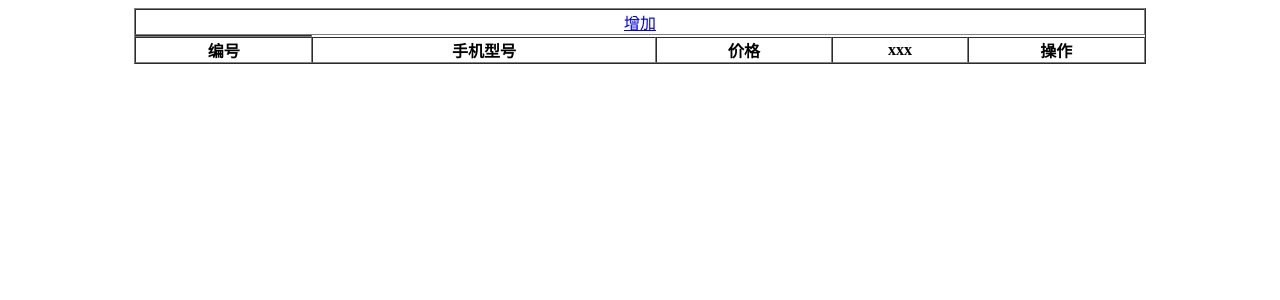
Repository: qyl1006/JavaCode
Page: http://localhost/task02/product
The author's editor kept a copy of each file at every save. The page is drawn from the files as they stood at one save, then again after the next save.
The browser window is 1280 px wide. The pictures show the whole page.
The page is served by Tomcat 9. Other server files are loaded and not shown. Queries for data that is not in the repository find no rows.

Above is the page before, as saved 2018-03-15 04:38:59.

### workspace/task02/webapp/WEB-INF/views/product/list.jsp
<%@ page language="java" contentType="text/html; charset=UTF-8"
    pageEncoding="UTF-8"%>
<!DOCTYPE html PUBLIC "-//W3C//DTD HTML 4.01 Transitional//EN" "http://www.w3.org/TR/html4/loose.dtd">

<%@ taglib prefix="c" uri="http://java.sun.com/jsp/jstl/core"%>
<html>
<head>
<meta http-equiv="Content-Type" content="text/html; charset=UTF-8">
<title>Insert title here</title>
</head>
<body>
<form action="/product" method="post" id="f1">
	<table align="center" border="1" width="80%" cellpadding="0" cellspacing="0">
		<tr align="center">
			<td colspan="5">
				<a href="/product?cmd=edit">增加</a>
			</td>
		</tr>
		<tr>
			<td>

			</td>
		</tr>
		<tr align="center">
			<th>编号</th>
			<th>手机型号</th>
			<th>价格</th>
			<th>xxx</th>
			<th>操作</th>
		</tr>
	<c:forEach items="${result.data}" var="p" varStatus="vs">
		<tr align="center" style="background-color: ${vs.count % 2 == 0 ? '' : 'red'}">
			<td>${p.id}</td>
			<td>${p.name}</td>
			<td>${p.price}</td>
			<td>${p.info}</td>
			<td>
				<a href="/product?cmd=edit&id=${p.id}">编辑</a>
				<a href="/product?cmd=delete&id=${p.id}">删除</a>
			</td>
		</tr>
	</c:forEach>
	</table>
</form>
</body>
</html>

### workspace/task02/src/cn/wolfcode/shop/web/servlet/ProductServlet.java
package cn.wolfcode.shop.web.servlet;

import java.io.IOException;
import java.math.BigDecimal;

import javax.servlet.ServletException;
import javax.servlet.annotation.WebServlet;
import javax.servlet.http.HttpServlet;
import javax.servlet.http.HttpServletRequest;
import javax.servlet.http.HttpServletResponse;

import cn.wolfcode.shop.domain.Product;
import cn.wolfcode.shop.query.PageResult;
import cn.wolfcode.shop.query.ProductQueryObject;
import cn.wolfcode.shop.service.IProduService;
import cn.wolfcode.shop.service.impl.ProduServiceImpl;
import cn.wolfcode.shop.util.StringUtil;

@WebServlet("/product")
public class ProductServlet extends HttpServlet {
	private static final long serialVersionUID = 1L;
	private IProduService service = new ProduServiceImpl();

	public void init() throws ServletException {
		System.out.println(123);
	}

	protected void service(HttpServletRequest req, HttpServletResponse resp)
			throws ServletException, IOException {
		req.setCharacterEncoding("utf-8");
		String cmd = req.getParameter("cmd");
		if("saveOrUpdate".equals(cmd)){
			saveOrUpdate(req, resp);
		}else if("delete".equals(cmd)){
			delete(req, resp);
		}else if("edit".equals(cmd)){
			edit(req, resp);
		}else{
			list(req, resp);
		}

	}
	private void list(HttpServletRequest req, HttpServletResponse resp)
			throws ServletException, IOException {
		ProductQueryObject qo = creatQo(req);
		PageResult result = service.query(qo);

		req.setAttribute("qo", qo);
		req.setAttribute("result", result);

		req.getRequestDispatcher("/WEB-INF/views/product/list.jsp").forward(req, resp);

	}
	private ProductQueryObject creatQo(HttpServletRequest req) {
		ProductQueryObject qo = new ProductQueryObject();

		String currentPage = req.getParameter("currentPage");
		String pageSize = req.getParameter("pageSize");
		String keyWord = req.getParameter("keyWord");
		String minPrice = req.getParameter("minPrice");
		String maxPrice = req.getParameter("maxPrice");

		if(StringUtil.hasLength(currentPage)){
			qo.setCurrentPage(Integer.valueOf(currentPage.trim()));
		}
		if(StringUtil.hasLength(pageSize)){
			qo.setPageSize(Integer.valueOf(pageSize.trim()));
		}

		if(StringUtil.hasLength(keyWord)){
			qo.setKeyWord(keyWord.trim());
		}

		if(StringUtil.hasLength(minPrice)){
			qo.setMinPrice(new BigDecimal(minPrice.trim()));
		}

		if(StringUtil.hasLength(maxPrice)){
			qo.setMaxPrice(new BigDecimal(maxPrice.trim()));
		}

		return qo;
	}

	private void delete(HttpServletRequest req, HttpServletResponse resp)
			throws ServletException, IOException {
		String id = req.getParameter("id");
		if(StringUtil.hasLength(id)){
			service.delete(Long.valueOf(id.trim()));
		}

		resp.sendRedirect("/product");

	}
	private void edit(HttpServletRequest req, HttpServletResponse resp)
			throws ServletException, IOException {
		String id = req.getParameter("id");
		if(StringUtil.hasLength(id)){
			Product product = service.get(Long.valueOf(id.trim()));
			req.setAttribute("p", product);
		}

		req.getRequestDispatcher("/WEB-INF/views/product/edit.jsp").forward(req, resp);
	}
	private void saveOrUpdate(HttpServletRequest req, HttpServletResponse resp)
			throws ServletException, IOException {

		String id = req.getParameter("id");
		String name = req.getParameter("name");
		String price = req.getParameter("price");
		String info = req.getParameter("info");

		Product p = new Product();
		if(StringUtil.hasLength(name)){
			p.setName(name.trim());
		}
		if(StringUtil.hasLength(price)){
			p.setPrice(new BigDecimal(price.trim()));
		}
		if(StringUtil.hasLength(info)){
			p.setInfo(info.trim());
		}

		if(StringUtil.hasLength(id)){
			p.setId(Long.valueOf(id.trim()));
			service.update(p);
		}else{
			service.save(p);
		}

		resp.sendRedirect("/product");
	}
}

### workspace/task02/src/cn/wolfcode/shop/service/impl/ProduServiceImpl.java
package cn.wolfcode.shop.service.impl;

import java.util.List;

import cn.wolfcode.shop.dao.IProductDAO;
import cn.wolfcode.shop.dao.impl.ProduDAOImpl;
import cn.wolfcode.shop.domain.Product;
import cn.wolfcode.shop.query.PageResult;
import cn.wolfcode.shop.query.ProductQueryObject;
import cn.wolfcode.shop.service.IProduService;

public class ProduServiceImpl implements IProduService {

	private IProductDAO dao = new ProduDAOImpl();

	public void save(Product p) {
		dao.save(p);
	}

	public void update(Product p) {
		dao.update(p);
	}

	public void delete(Long id) {
		dao.delete(id);
	}

	public Product get(Long id) {
		return dao.get(id);
	}

	public PageResult query(ProductQueryObject qo) {
		Long count = dao.queryCount(qo);
		if(count == 0L){
			return PageResult.EMPYT_PAGE;
		}
		List<Product> data = dao.query(qo);
		return new PageResult(qo.getCurrentPage(), qo.getPageSize(), count, data);
	}

}

### workspace/task02/src/cn/wolfcode/shop/dao/IProductDAO.java
package cn.wolfcode.shop.dao;

import java.util.List;

import cn.wolfcode.shop.domain.Product;
import cn.wolfcode.shop.query.ProductQueryObject;

public interface IProductDAO {
	void save(Product p);
	void update(Product p);
	void delete(Long id);
	Product get(Long id);

	Long queryCount(ProductQueryObject qo);
	List<Product> query(ProductQueryObject qo);
}

### workspace/task02/src/cn/wolfcode/shop/dao/impl/ProduDAOImpl.java
package cn.wolfcode.shop.dao.impl;

import java.util.List;

import org.apache.ibatis.session.SqlSession;

import cn.wolfcode.shop.dao.IProductDAO;
import cn.wolfcode.shop.domain.Product;
import cn.wolfcode.shop.query.ProductQueryObject;
import cn.wolfcode.shop.util.MyBatisUtil;
import lombok.Cleanup;

public class ProduDAOImpl implements IProductDAO {

	public void save(Product p) {
		@Cleanup
		SqlSession session = MyBatisUtil.getSession();
		session.update("product.save", p);
		session.commit();
	}


	public void update(Product p) {
		@Cleanup
		SqlSession session = MyBatisUtil.getSession();
		session.update("product.update", p);
		session.commit();

	}

	public void delete(Long id) {
		@Cleanup
		SqlSession session = MyBatisUtil.getSession();
		session.update("product.delete", id);
		session.commit();
	}

	public Product get(Long id) {
		@Cleanup
		SqlSession session = MyBatisUtil.getSession();
		return session.selectOne("product.get", id);
	}

	public Long queryCount(ProductQueryObject qo) {
		@Cleanup
		SqlSession session = MyBatisUtil.getSession();
		return session.selectOne("product.queryCount", qo);
	}

	public List<Product> query(ProductQueryObject qo) {
		@Cleanup
		SqlSession session = MyBatisUtil.getSession();
		return session.selectList("product.query", qo);
	}

}

### workspace/task02/src/cn/wolfcode/shop/util/StringUtil.java
package cn.wolfcode.shop.util;

public abstract class StringUtil {
	public static boolean hasLength(String str){
		return str != null && str.trim().length() > 0;
	}

	public static String Empty2Null(String str){
		return hasLength(str) ? str : null;
	}
}

### workspace/task02/src/cn/wolfcode/shop/util/MyBatisUtil.java
package cn.wolfcode.shop.util;

import java.io.InputStream;

import org.apache.ibatis.io.Resources;
import org.apache.ibatis.session.SqlSession;
import org.apache.ibatis.session.SqlSessionFactory;
import org.apache.ibatis.session.SqlSessionFactoryBuilder;

public abstract class MyBatisUtil {
	private static SqlSessionFactory factory;

	static{
		try {
			InputStream in = Resources.getResourceAsStream("mybatis.xml");
			factory = new SqlSessionFactoryBuilder().build(in);
		} catch (Exception e) {
			e.printStackTrace();
		}
	}

	public static SqlSession getSession(){
		return factory.openSession();
	}
}

### workspace/task02/src/cn/wolfcode/shop/domain/Product.java
package cn.wolfcode.shop.domain;

import java.math.BigDecimal;

import lombok.AllArgsConstructor;
import lombok.Getter;
import lombok.NoArgsConstructor;
import lombok.Setter;
import lombok.ToString;

@Setter @Getter @ToString @AllArgsConstructor @NoArgsConstructor
public class Product {
	private Long id;
	private String name;
	private BigDecimal price;
	private String info;
}

### workspace/task02/src/cn/wolfcode/shop/query/PageResult.java
package cn.wolfcode.shop.query;

import java.util.Collections;
import java.util.List;

import cn.wolfcode.shop.domain.Product;
import lombok.Getter;
import lombok.Setter;

@Setter @Getter
public class PageResult {
	@SuppressWarnings("unchecked")
	public static final PageResult EMPYT_PAGE = new PageResult(1, 1, 0L, Collections.EMPTY_LIST);


	private int currentPage;
	private int pageSize;

	private Long pageCount;
	private List<Product> data;

	private int endPage;
	private int prevPage;
	private int nextPage;
	public PageResult(int currentPage, int pageSize, Long pageCount,
			List<Product> data) {
		super();
		this.currentPage = currentPage;
		this.pageSize = pageSize;
		this.pageCount = pageCount;
		this.data = data;

		if(pageCount <= pageSize){
			endPage = 1;
			prevPage = 1;
			nextPage = 1;
			return;
		}

		endPage = (int) (pageCount % pageSize == 0 ? pageCount / pageSize : pageCount / pageSize + 1);
		prevPage = currentPage > 2 ? currentPage - 1 : 1;
		nextPage = currentPage < endPage ? currentPage + 1 : endPage;
	}


}

After the next save:
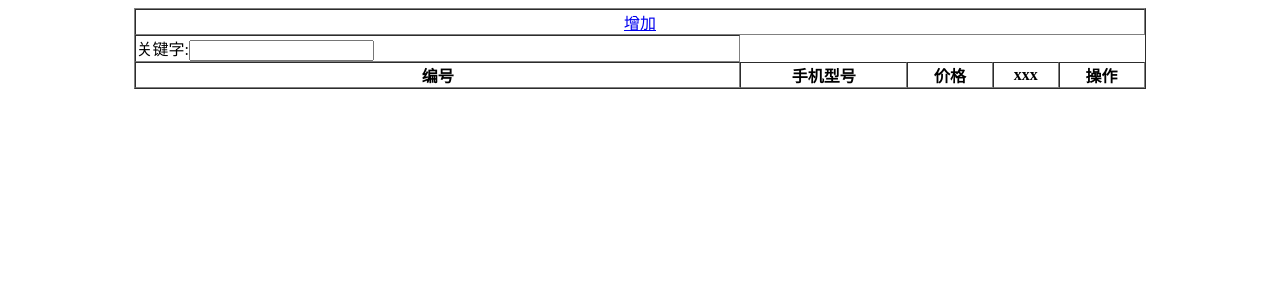
Saved 40 s later.
--- a/workspace/task02/webapp/WEB-INF/views/product/list.jsp
+++ b/workspace/task02/webapp/WEB-INF/views/product/list.jsp
@@ -18,7 +18,7 @@
 		</tr>
 		<tr>
 			<td>
-
+				关键字:<input />
 			</td>
 		</tr>
 		<tr align="center">
